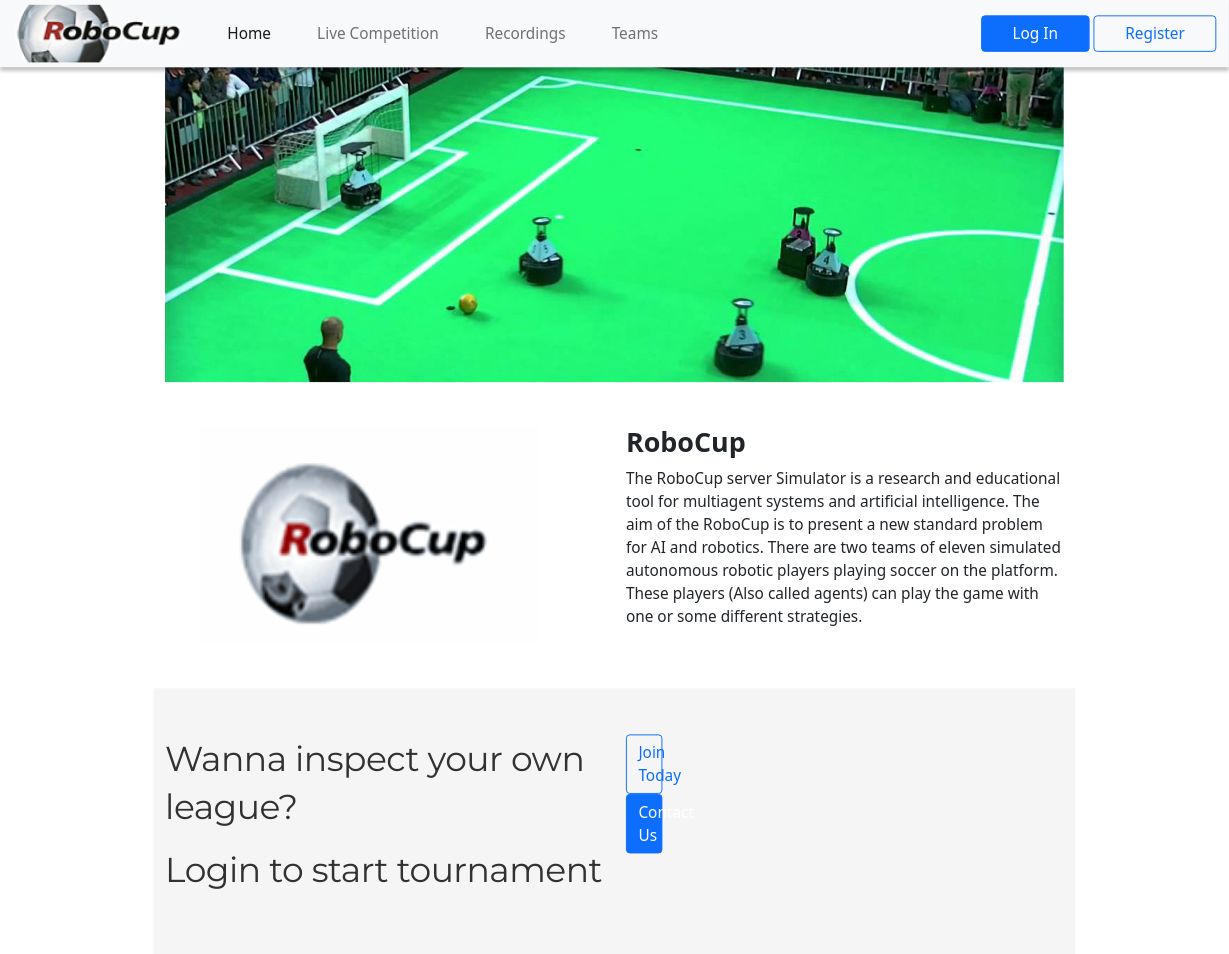
Repository: romeoonlinesim/romeoonlinesim.github.io
Page: index.html
These files come from the project's save history. The page is drawn as it stood at one moment and after the next save; the edit follows.
The browser window is 1280 px wide. The pictures show the whole page, at 96% of full size.

Above is the page before, as saved 2021-05-18 14:06:13.

After the next save:
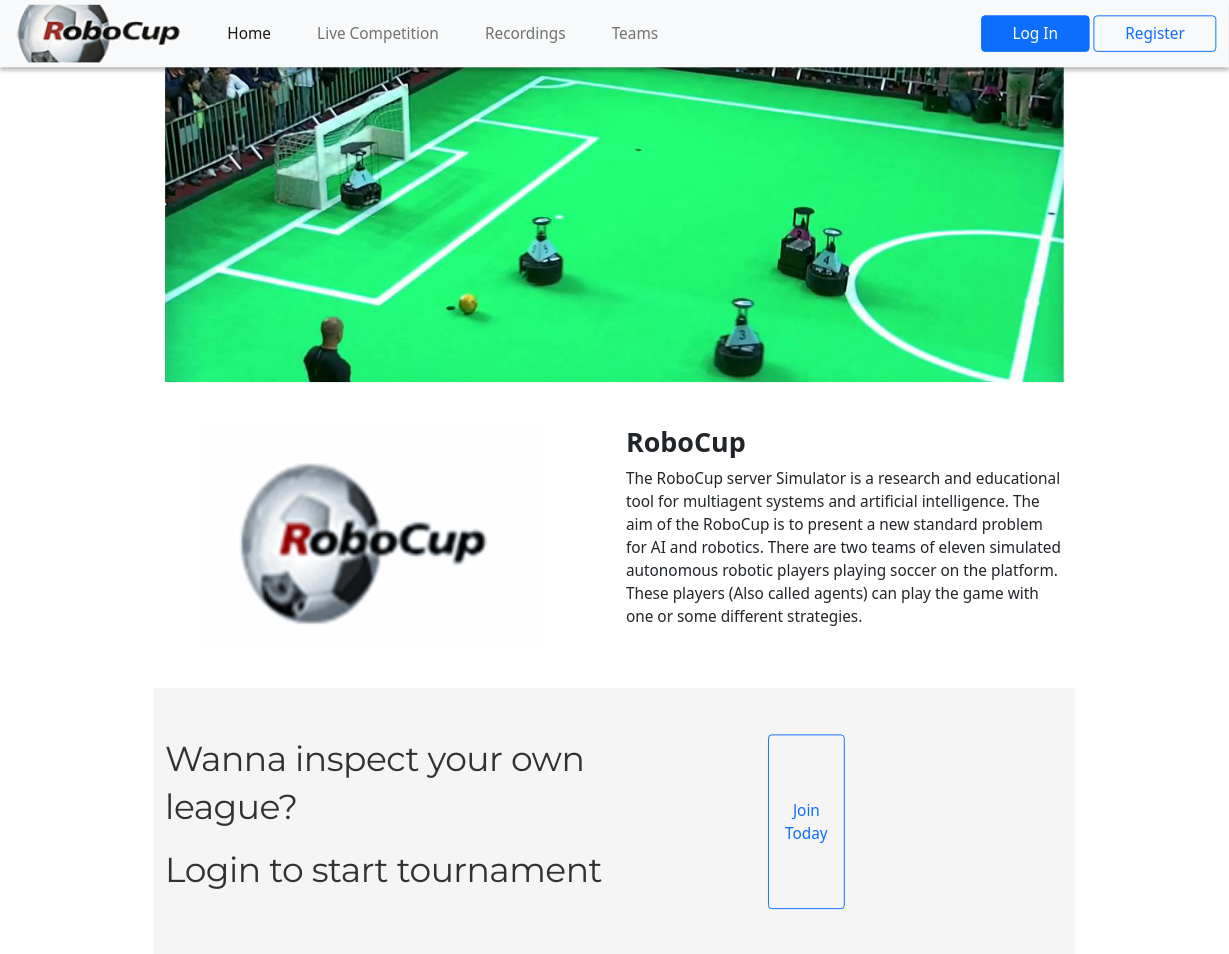
Saved 7 min 41 s later.
--- a/index.html
+++ b/index.html
@@ -124,7 +124,6 @@
                 <p class="para">Wanna inspect your own league?</p>
                 <p class="para">Login to start tournament</p>
             </div>
-            <div class="col-lg-6" >
                 <!--form action="#">
                     <button type="button" class="btn btn-outline-primary col-lg-2 col-lg-offset-1">Contact Us</button>
                 </form>
@@ -137,8 +136,6 @@
                     <button type="button" class="btn btn-outline-primary col-lg-1">Join Today</button>
                     <div class=col-lg-2></div>
 
-                    <button type="button" class="btn btn-primary col-lg-1">Contact Us</button>
-            </div>
 
 
         </div>
